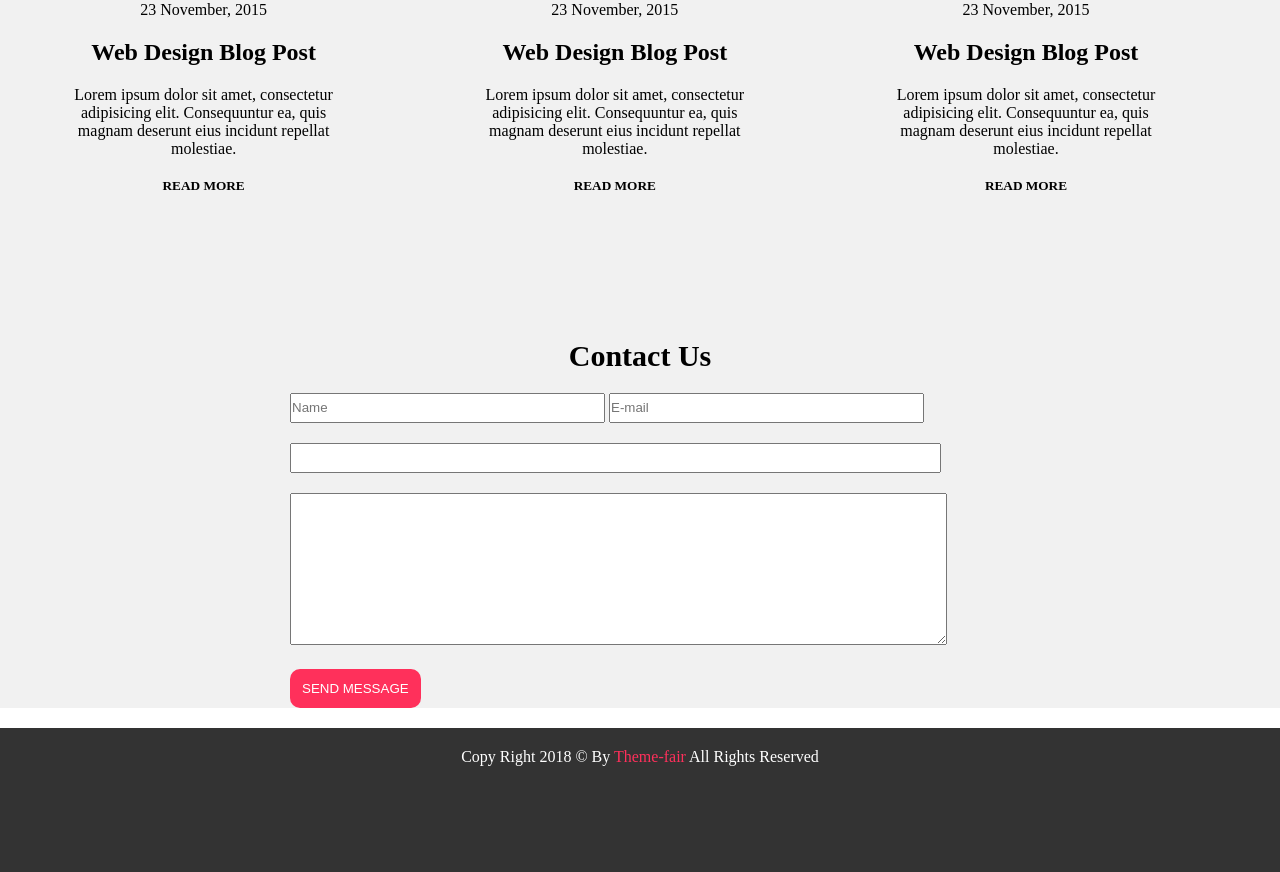
Repository: Ahmedalid/New-project
Page: Rout/index.html
The author's editor kept a copy of each file at every save. The page is drawn from the files as they stood at one save, then again after the next save.
The browser window is 1280 px wide. The pictures show the part of the page from y = 3461 to 4333 px (the page is 4333 px tall).
A picture or video elsewhere on the page could not be fetched, so the positions and the page height are approximate.

Above is the page before, as saved 2023-05-24 20:01:52.

### Rout/index.html
<!DOCTYPE html>
<html lang="en">

<head>
    <meta charset="UTF-8">
    <meta http-equiv="X-UA-Compatible" content="IE=edge">
    <meta name="viewport" content="width=device-width, initial-scale=1.0">
    <link rel="stylesheet" href="https://cdnjs.cloudflare.com/ajax/libs/font-awesome/6.4.0/css/all.min.css">
    <link rel="stylesheet" href="css/style.css">
    <title>Document</title>
</head>

<body>
    <div class="bg-img" style="background-image: url(img/slider-02.jpg);">

        <div class="container pt">
            <div class="header-nav logo-nav">
                <h2>Fokir</h2>
            </div>
            <div class="header-nav">
                <ul>
                    <li><span class="nav-home">Home</span></li>
                    <li>About</li>
                    <li>Services </li>
                    <li>Portfolio</li>
                    <li>Testimonial</li>
                    <li>Blog </li>
                    <li>Contact</li>


                </ul>

            </div>
        </div>
        <div class="auto container">
            <h4 class="mt">Hello i'm</h4>
            <h1 class="mt">ALEX SMITH</h1>
            <p class="mt">Professional Web DesignerDesignerDeveloper</p>
        </div>

    </div>
    <div class="section-mt">
        <div class="section-2 container ">
            <div class="element-1">
                <span>
                    <img src="img/work-7.jpg" alt="Work-7">
                </span>
            </div>
            <div class="element-1">
                <h1><span>I</span>HELLO,</h1>
                <p class="mt">
                    Lorem ipsum dolor sit amet, consectetur adipisicing elit, sed do eiusmod tempor incididunt ut labore
                    et dolore magna aliqua. Ut enim ad minim veniam, quis nostrud exercitation ullamco laboris nisi ut
                    aliquip ex ea commodo consequat. Duis aute irure dolor in reprehenderit in voluptate velit esse
                    cillum dolore eu fugiat nulla pariatur. Excepteur sint occaecat cupidatat non proident, sunt in
                    culpa qui officia deserunt mollit anim id est laborum.
                </p>
                <div class="mt border"> </div>
                <div class="Name mt">
                    <div class="mt">Name: Rdam smith</div>
                    <div class="mt">Age: 26 Year</div>
                    <div class="mt">Freelance: Available</div>
                </div>
                <div class="Name mt">
                    <div class="mt">Job Title: UI/UX Designe</div>
                    <div class="mt">Location: United States, US</div>
                    <div class="mt">E-mail: example@gmail.com</div>
                </div>
                <div class="mt">
                    <button class="btn">Download CV <span><i class="fa fa-download"
                                aria-hidden="true"></i></span></button>

                    <button class="btn">Hire My <span><i class="fa fa-paper-plane"
                                aria-hidden="true"></i></span></button>
                </div>


            </div>
        </div>
    </div>
    <!-- section-3 -->
    <div class="section-bg">
        <section class="section-mt  ">
            <h1 class="pt">Our Services</h1>
            <div class="mt ">
                <div class="Services text-center">
                    <span class="mt"><i class="fa-solid fa-pen text-color"></i></span>
                    <h2 class="mt">UI/UX DESIGN</h2>
                    <p class="mt"> Lorem ipsum dolor sit amet, consectetur adipisicing elit. Ratione adipisci mollitia
                        quis
                        necstatibus.</p>
                </div>
                <div class="Services text-center">
                    <span class="mt"><i class="fa-solid fa-pen text-color"></i></span>
                    <h2 class="mt">APP DEVELOPMENT</h2>
                    <p class="mt"> Lorem ipsum dolor sit amet, consectetur adipisicing elit. Ratione adipisci mollitia
                        quis
                        necstatibus.</p>
                </div>
                <div class="Services text-center">
                    <span class="mt"><i class="fa-solid fa-pen text-color"></i></span>
                    <h2 class="mt">PRODUCT DESIGN</h2>
                    <p class="mt"> Lorem ipsum dolor sit amet, consectetur adipisicing elit. Ratione adipisci mollitia
                        quis
                        necstatibus.</p>
                </div>
                <div class="Services text-center">
                    <span class="mt"><i class="fa-solid fa-pen text-color"></i></span>
                    <h2 class="mt">UI/UX DESIGN</h2>
                    <p class="mt"> Lorem ipsum dolor sit amet, consectetur adipisicing elit. Ratione adipisci mollitia
                        quis
                        necstatibus.</p>
                </div>

            </div>
        </section>
    </div>
    <!-- section-4 -->
    <div class="">
        <section class="section-mt  ">
            <h1 class="pt">Our Portfolio</h1>
            <div class="text-center">
                <p class="p-Our">All</p>
                <p class="p-Our">GRAPHIC</p>
                <p class="p-Our">WEB DESIGN</p>
                <p class="p-Our">PRADNIG</p>
            </div>
            <div class="mt container">
                <div class="Portfolio text-center">
                    <span>
                        <img src="img/1.jpg" alt="">
                    </span>
                </div>
                <div class="Portfolio text-center">
                    <span>
                        <img src="img/2.jpg" alt="">
                    </span>
                </div>
                <div class="Portfolio text-center">
                    <span>
                        <img src="img/3.jpg" alt="">
                    </span>
                </div>
                <div class="Portfolio text-center">
                    <img src="img/5.jpg" alt="">
                </div>
                <div class="Portfolio text-center">
                    <img src="img/4.jpg" alt="">
                </div>
                <div class="Portfolio text-center">
                    <img src="img/6.jpg" alt="">
                </div>

            </div>
        </section>
    </div>

    <div class="section-bg">
        <section class="section-mt  ">
            <div class="mt ">
                <div class="Services text-center">
                    <span class="mt"><i class="fa-solid fa-pen text-color"></i></span>
                    <h2 class="mt">7</h2>
                    <p class="mt">Lorem, ipsum dolor.</p>
                </div>
                <div class="Services text-center">
                    <span class="mt"><i class="fa-solid fa-pen text-color"></i></span>
                    <h2 class="mt">9</h2>
                    <p class="mt"> Lorem ipsum dolor sit..</p>
                </div>
                <div class="Services text-center">
                    <span class="mt"><i class="fa-solid fa-pen text-color"></i></span>
                    <h2 class="mt">5</h2>
                    <p class="mt">Lorem ipsum dolor sit..</p>
                </div>
                <div class="Services text-center">
                    <span class="mt"><i class="fa-solid fa-pen text-color"></i></span>
                    <h2 class="mt">7</h2>
                    <p class="mt"> Lorem, ipsum dolor.</p>
                </div>

            </div>
        </section>
    </div>
    <section class="section-mt">
        <h1 class="text-center">Client's Feedback</h1>
        <div class="text-center mt">
            <img src="img/2 (1).jpg" alt="" class="w-3">
        </div>
    </section>
    <div class="section-bg">
        <section class="section-mt  ">
            <h1 class="pt">Our Blog</h1>
            <div class="mt ">
                <div class="Blog text-center">
                    <span class="mt">
                        <img src="img/1 (1).jpg" alt="">
                    </span>
                    <p class="mt">23 November, 2015</p>
                    <h2 class="mt"> Web Design Blog Post </h2>
                    <p class="mt">Lorem ipsum dolor sit amet, consectetur adipisicing elit. Consequuntur ea, quis magnam deserunt
                        eius incidunt repellat molestiae.</p>
                        <h5 class="mt">READ MORE </h5>


                </div>
                <div class="Blog text-center">
                    <span class="mt">
                        <img src="img/1 (1).jpg" alt="">
                    </span>
                    <p class="mt">23 November, 2015</p>
                    <h2 class="mt"> Web Design Blog Post </h2>
                    <p class="mt">Lorem ipsum dolor sit amet, consectetur adipisicing elit. Consequuntur ea, quis magnam deserunt
                        eius incidunt repellat molestiae.</p>
                        <h5 class="mt">READ MORE </h5>


                </div>
                <div class="Blog text-center">
                    <span class="mt">
                        <img src="img/1 (1).jpg" alt="">
                    </span>
                    <p class="mt">23 November, 2015</p>
                    <h2 class="mt"> Web Design Blog Post </h2>
                    <p class="mt">Lorem ipsum dolor sit amet, consectetur adipisicing elit. Consequuntur ea, quis magnam deserunt
                        eius incidunt repellat molestiae.</p>
                        <h5 class="mt">READ MORE </h5>


                </div>



            </div>
        </section>
        <section class="section-mt">
            <div class="text-center">
                <h1>Contact Us</h1>

            </div>
            <div class="Contact">
                <div class="mt">
                 <input type="text" placeholder="Name" class="w-5 h-input" name="" id="">
                <input type="text" name="" id="" placeholder="E-mail" class="w-5 input-l h-input">
                <input type="text" class="w-10 mt h-input" name="" id="">
                <textarea name="" class="mt" id="" cols="80" rows="10"></textarea>
                <button class="btn mt">SEND MESSAGE</button>
                </div>
            </div>
        </section>
    </div>
    <footer class="mt">
        <div class="text-center">
            <div class="soshal">
                <span></span>
            </div>

            <p class="mt">Copy Right 2018 © By <span class="Theme-fair">Theme-fair</span> All Rights Reserved</p>
        </div>
    </footer>
</body>

</html>

### Rout/css/style.css
*{
    margin: 0;
    padding: 0;
    box-sizing: border-box;
}
.container{
    margin: auto 111px;
}
.bg-img{
    background-repeat: no-repeat;
    background-size: cover;
    height: 100vh;
}
.header-nav{
    display: inline-block;
    width: 49%;
    color: white;
}
.pt{
    padding-top: 25px;
}
.mt{
    margin-top: 20px;
}
.logo-nav h2{
    color: #ff305b;
    font-weight: bold;
    cursor: pointer;
    transition: 1.5s;
}
.logo-nav h2:hover{
    text-decoration: underline;
}
.header-nav ul li{
    display: inline-block;
    padding-left: 17px;
}
.nav-home{
    color: #ff305b;
}
.header-nav ul li:hover{
    text-decoration: underline;
    color: #ff305b;
    cursor: pointer;
}
.auto{
    /* margin: auto; */
    padding-top: 230px;
    color: white;
    text-align: center;
    font-weight: bold;
}
.element-1{
    display: inline-block;
    width: 49%;
    vertical-align: top;
}
.element-1 h1 span{
    color: #ff305b;
}
.border{
    border: dotted 1px black;
}
.Name{
    display: inline-block;
    width: 48%;
}
.section-mt{
    margin-top: 30px;
}
.btn{
    border: none;
    outline: none;
    background-color: #ff305b;
    color: white;
    padding: 12px;
    border-radius: 10px;
    cursor: pointer;
    transition: 0.5s;
}
.btn:hover{
    background-color: #ec2403;
}
.btn span i{
    margin-left: 7px;
}
.section-mt h1{
    text-align: center;
    font-size: 30px;
    font-weight: bold;
    padding-top: 100px;
}
.section-bg{
    background-color: #f1f1f1;

}
.Services{
    margin: auto 50px;
    display: inline-block;
    width: 15%;
    padding: 15px;
    cursor: pointer;
    transition: width 2s;
}
.text-color{
    color: #ff305b;
}
.text-center{
    text-align: center;
}
.Services:hover{
    background-color: white;
    width: 20%;

}

.Portfolio{
    /* margin: auto 50px; */
    display: inline-block;
    width: 33%;
    /* padding: 15px; */
    cursor: pointer;
    transition: width 2s;
}
img{
    width: 100%;
}
.p-Our{
    display: inline-block;
    text-align: center;
    margin-top: 15px;
    padding-left: 20px;
    transition: all 0.5s;
    cursor: pointer;
}
.p-Our:hover{
    border-bottom: 1px solid #ff305b;
}
.w-3{
    width: 30%;
}
.Blog{
    margin: auto 50px;
    display: inline-block;
    width: 24%;
    padding: 15px;
    cursor: pointer;
    transition: width 2s;
}
.Contact{
    margin: auto 290px;
}
.w-5{
    width: 45%;
}
.h-input{
    height: 30px;
}
.w-10{
    width: 93%;
}
.Theme-fair{
    color: #ff305b;
}
footer{
    background-color: #333333;
    height: 20vh;
overflow: auto;
color: white;
}

After the next save:
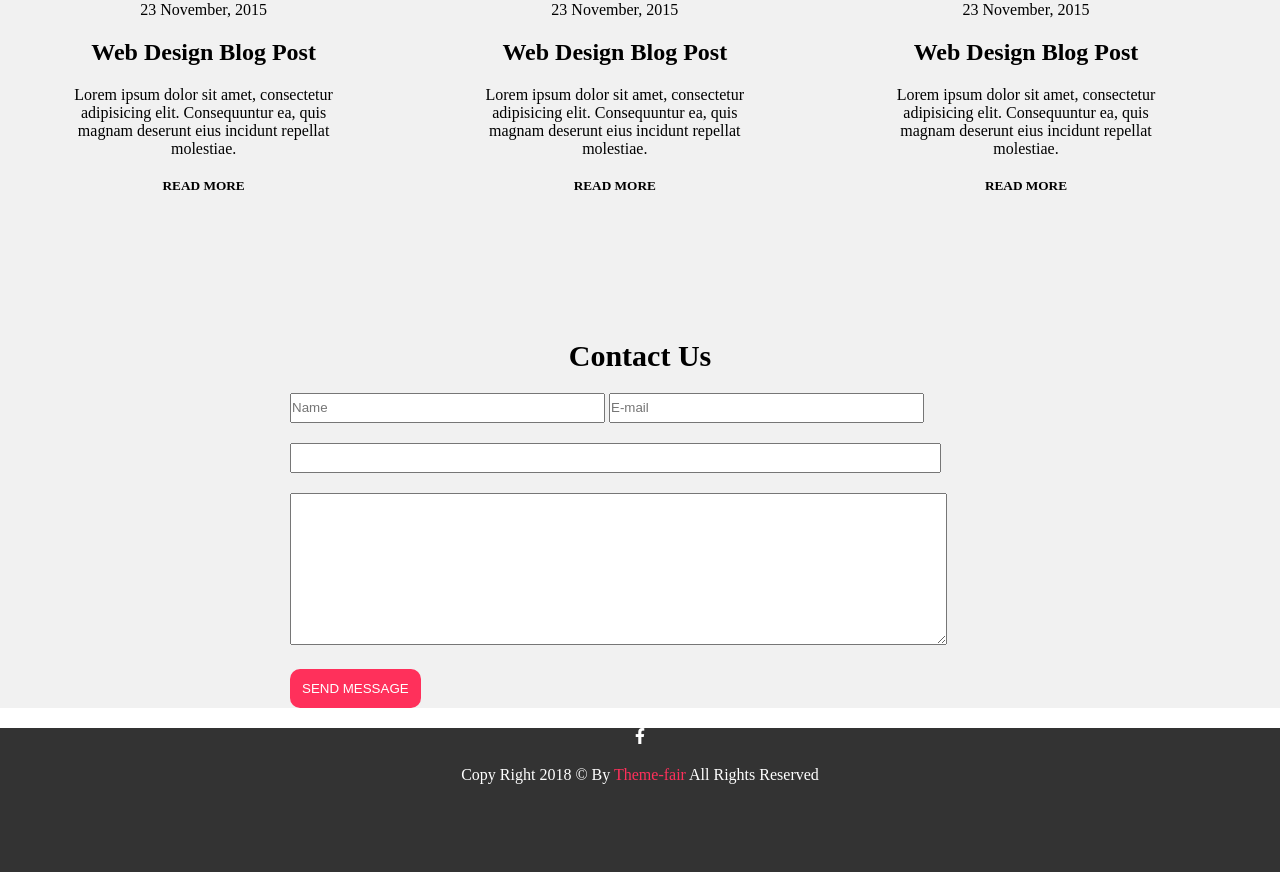
Saved 63 s later.
--- a/Rout/index.html
+++ b/Rout/index.html
@@ -252,7 +252,7 @@
     <footer class="mt">
         <div class="text-center">
             <div class="soshal">
-                <span></span>
+                <span><i class="fa-brands fa-facebook-f"></i></span>
             </div>
 
             <p class="mt">Copy Right 2018 © By <span class="Theme-fair">Theme-fair</span> All Rights Reserved</p>
